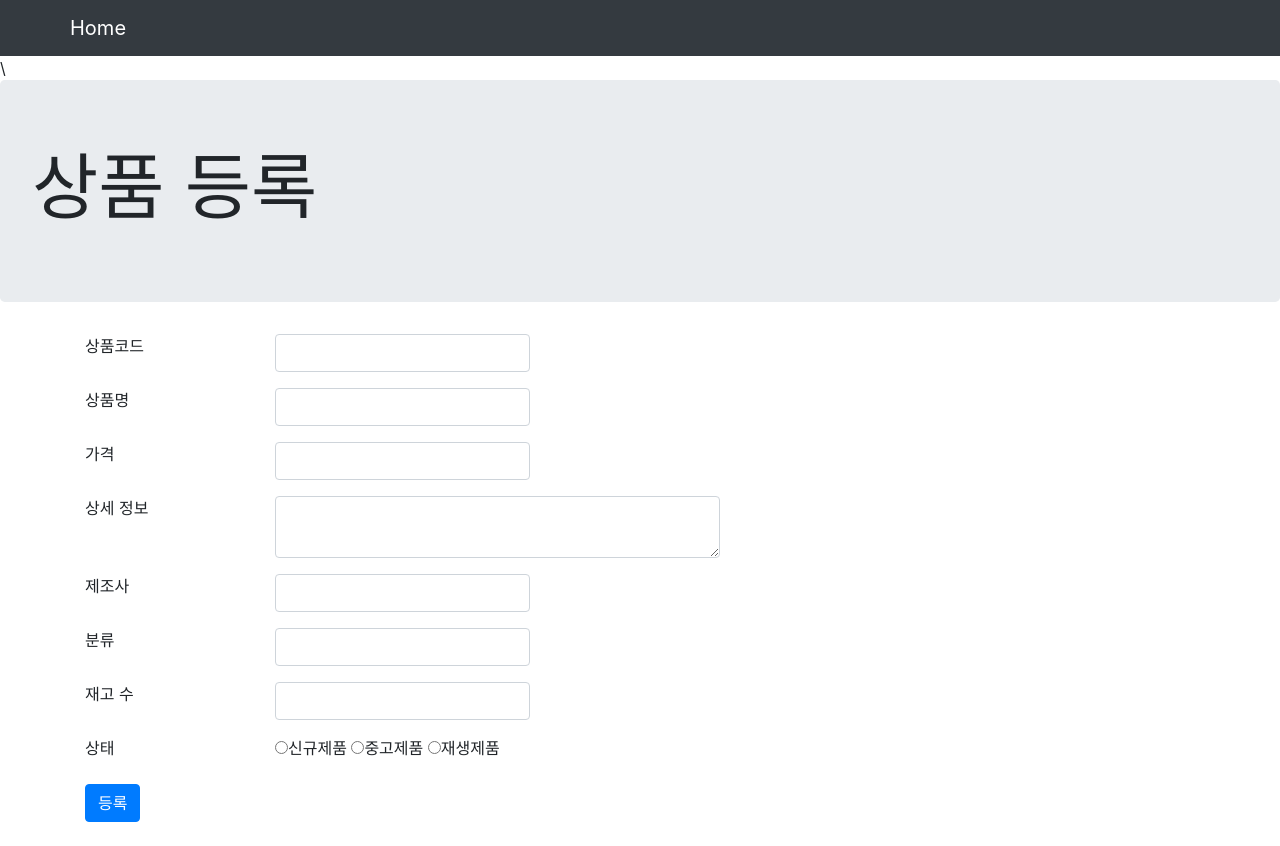
Repository: gitujin/JSP_WEBMARKET
Page: http://localhost/WebMarket/addProduct.jsp?language=ko
These files come from the project's save history. The page is drawn as it stood at one moment and after the next save; the edit follows.
The browser window is 1280 px wide. The pictures show the whole page.
The page is served by Tomcat 9. Other server files are loaded and not shown.

Above is the page before, as saved 2022-04-04 07:03:43.

### WebMarket/Webcontent/addProduct.jsp
<%@ page contentType="text/html; charset=utf-8" %>
<html>
<head>
<link rel="stylesheet" href="./resource/css/bootstrap.min.css" />
<title>상품 등록</title>
</head>
<body>
	<jsp:include page="menu.jsp" />
	<div class="jumbotron">
		<div class = container">
			<h1 class = "display-3">상품 등록</h1>
		</div>
	</div>
	<div class="container">
		<form name="newProduct" action="./processAddProduct.jsp" class="form-horizontal" method="post">
			<div class = "form-group row">
				<label class="col-sm-2">상품코드</label>
				<div class="col-sm-3">
					<input type="text" name="productId" class="form-control">
				</div>
			</div>
			<div class="form-group row">
				<label class ="col-sm-2">상품명</label>
				<div class="col-sm-3">
					<input type="text" name="name" class="form-control">
				</div>
			</div>
			<div class = "form-group row">
				<label class="col-sm-2">가격</label>
				<div class="col-sm-3">
					<input type="text" name="unitPrice" class="form-control">
				</div>
			</div>
			<div class="form-group row">
				<label class = "col-sm-2">상세 정보</label>
				<div class="col-sm-5">
					<textarea name="description" cols="50" rows="2" class="form-control"></textarea>
				</div>
			</div>
			<div class="form-group row">
				<label class="col-sm-2">제조사</label>
				<div class="col-sm-3">
					<input type="text" name="manufacturer" class="form-control">
				</div>
			</div>
			<div class="form-group row">
				<label class="col-sm-2">분류</label>
				<div class="col-sm-3">
					<input type="text" name="category" class="form-control">
				</div>
			</div>
			<div class="form-group row">
				<label class="col-sm-2">재고 수</label>
				<div class="col-sm-3">
					<input type="text" name="unitsInStock" class="form-control">
				</div>
			</div>
			<div class="form-group row">
				<label class="col-sm-2">상태</label>
				<div class="col-sm-3">
					<input type="radio" name="condition" value="New">신규제품
					<input type="radio" name="condition" value="Old">중고제품
					<input type="radio" name="condition" value="Refurbished">재생제품

				</div>
			</div>
			<div class="form-group row">
				<label class="col-sm-offset-2 col-sm-10">
					<input type="submit" class="btn btn-primary" value="등록" >
				</label>
			</div>
		</form>
	</div>
</body>
</html>

### WebMarket/Webcontent/menu.jsp
<nav class = "navbar navbar-expand navbar-dark bg-dark">
	<div class = "container">
		<div class = "navbar-header">
			<a class = "navbar-brand" href="./welcome.jsp">Home</a>
		</div>
	</div>
</nav>\

Loaded but not shown: WebMarket/Webcontent/resource/css/bootstrap.min.css (library)

After the next save:
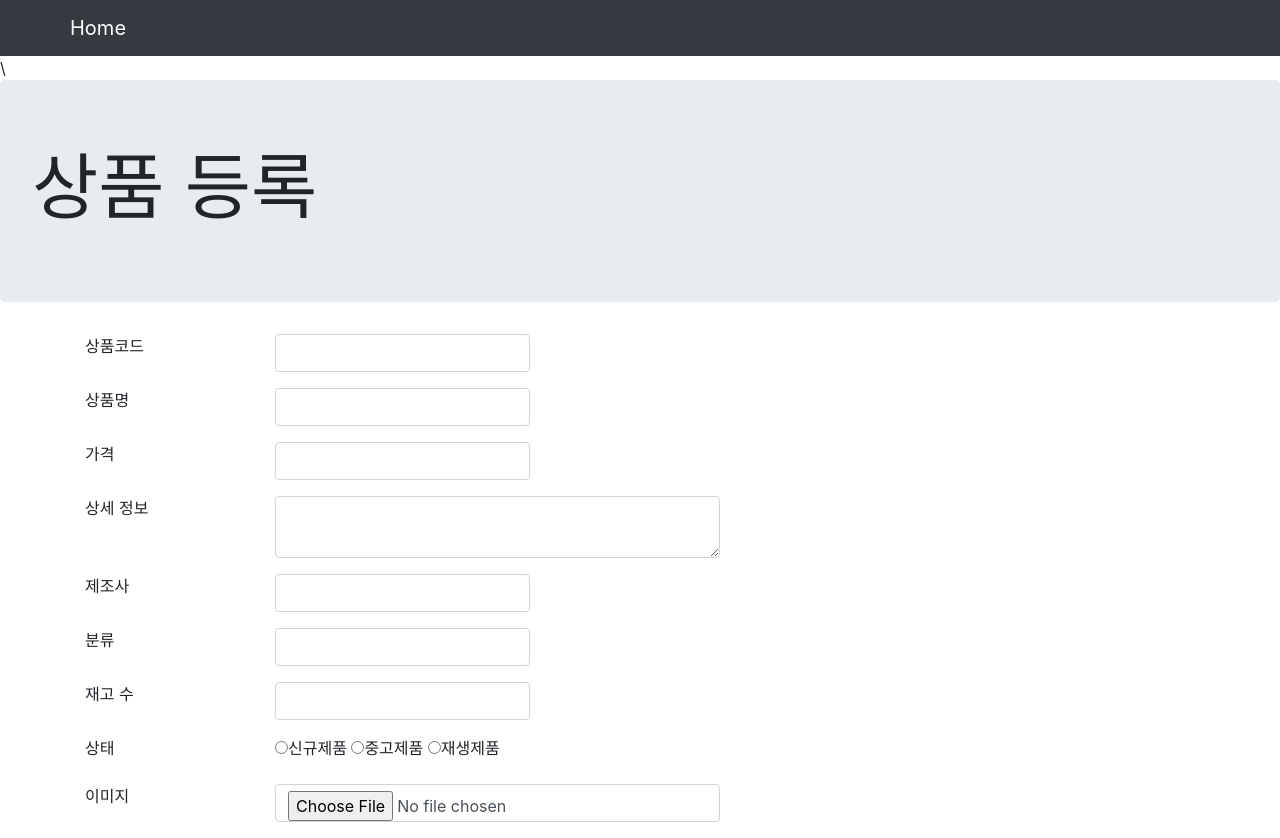
Saved 2 min 16 s later.
--- a/WebMarket/Webcontent/addProduct.jsp
+++ b/WebMarket/Webcontent/addProduct.jsp
@@ -12,7 +12,7 @@
 		</div>
 	</div>
 	<div class="container">
-		<form name="newProduct" action="./processAddProduct.jsp" class="form-horizontal" method="post">
+		<form name="newProduct" action="./processAddProduct.jsp" class="form-horizontal" method="post" enctype="multipart/form-data">
 			<div class = "form-group row">
 				<label class="col-sm-2">상품코드</label>
 				<div class="col-sm-3">
@@ -65,9 +65,10 @@
 				</div>
 			</div>
 			<div class="form-group row">
-				<label class="col-sm-offset-2 col-sm-10">
-					<input type="submit" class="btn btn-primary" value="등록" >
-				</label>
+				<label class="col-sm-2">이미지</label>
+				<div class="col-sm-5">
+					<input type="file" name = "productImage" class="form-control">
+				</div>
 			</div>
 		</form>
 	</div>
